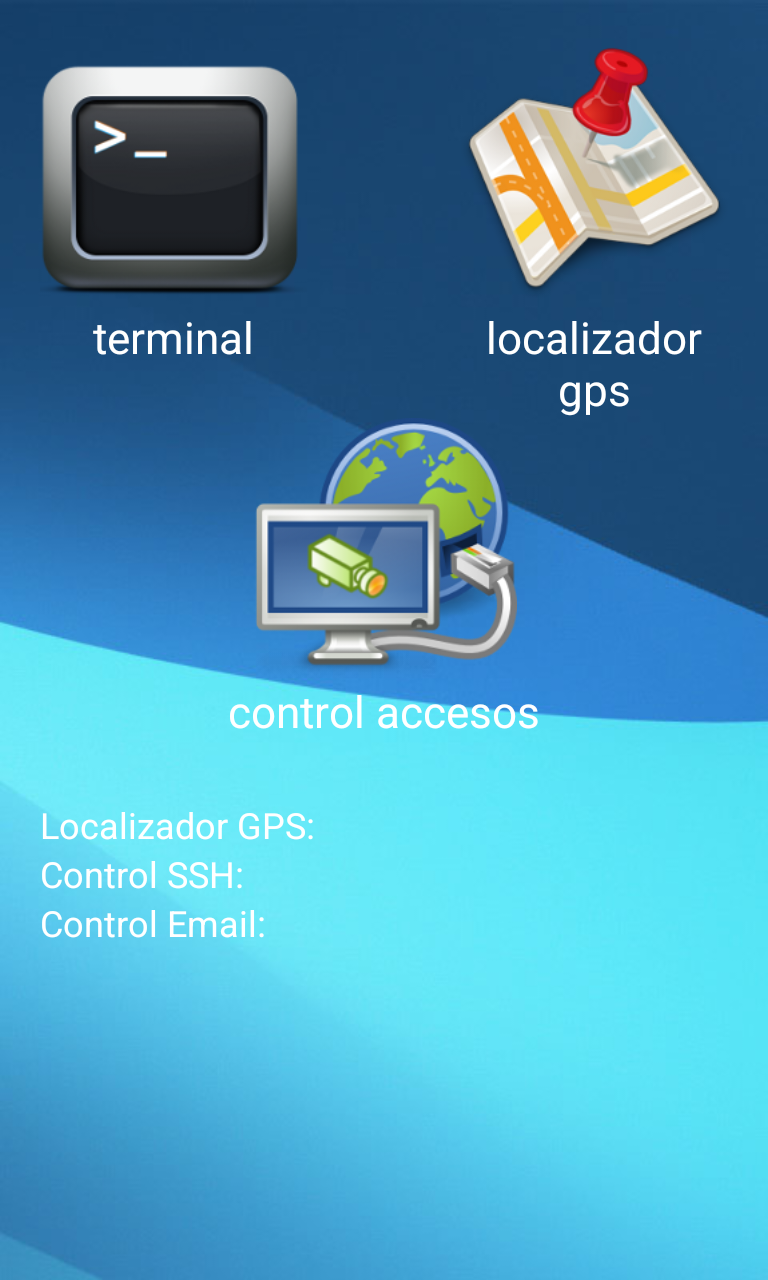
Repository: jonatansantos/Android-Server-Status
Layout: desarrollo/Principal/res/layout/main.xml
These files come from the project's save history. The layout is drawn as it stood at one moment and after the next save; the edit follows.
It is drawn on a 768 x 1280 px phone screen (xhdpi) without system bars, with theme android:Theme; the app's code is not run.

Above is the layout before, as saved 2012-06-01 12:10:16.

### desarrollo/Principal/res/layout/main.xml
<?xml version="1.0" encoding="utf-8"?>
<RelativeLayout xmlns:android="http://schemas.android.com/apk/res/android"
    android:id="@+id/RelativeLayout1"
    android:layout_width="fill_parent"
    android:layout_height="fill_parent"
    android:background="@drawable/fondo"
    android:padding="20dp" >

    <Button
        android:id="@+id/bt_menu_terminal"
        android:layout_width="wrap_content"
        android:layout_height="wrap_content"
        android:background="@drawable/ic_terminal"
        android:text="@string/vacia" />

    <TextView
        android:id="@+id/tv_menu_terminal"
        android:layout_width="wrap_content"
        android:layout_height="wrap_content"
        android:layout_alignLeft="@+id/bt_menu_terminal"
        android:layout_alignRight="@+id/bt_menu_terminal"
        android:layout_below="@+id/bt_menu_terminal"
        android:gravity="center"
        android:text="@string/terminal"
        android:textAppearance="?android:attr/textAppearanceLarge" />

    <Button
        android:id="@+id/bt_menu_gps"
        android:layout_width="wrap_content"
        android:layout_height="wrap_content"
        android:layout_alignBaseline="@+id/bt_menu_terminal"
        android:layout_alignBottom="@+id/bt_menu_terminal"
        android:layout_alignParentRight="true"
        android:background="@drawable/ic_gps"
        android:text="@string/vacia" />

    <TextView
        android:id="@+id/tv_menu_gps"
        android:layout_width="wrap_content"
        android:layout_height="wrap_content"
        android:layout_alignLeft="@+id/bt_menu_gps"
        android:layout_alignRight="@+id/bt_menu_gps"
        android:layout_below="@+id/bt_menu_gps"
        android:gravity="center"
        android:text="@string/localizadorgps"
        android:textAppearance="?android:attr/textAppearanceLarge" />

    <Button
        android:id="@+id/bt_menu_servidor"
        android:layout_width="wrap_content"
        android:layout_height="wrap_content"
        android:layout_below="@+id/tv_menu_gps"
        android:layout_centerHorizontal="true"
        android:background="@drawable/ic_servidor"
        android:text="@string/vacia" />

    <TextView
        android:id="@+id/tv_menu_servidor"
        android:layout_width="wrap_content"
        android:layout_height="wrap_content"
        android:layout_below="@+id/bt_menu_servidor"
        android:layout_centerHorizontal="true"
        android:text="@string/control"
        android:textAppearance="?android:attr/textAppearanceLarge" />

    <TextView
        android:id="@+id/textView1"
        android:layout_width="wrap_content"
        android:layout_height="wrap_content"
        android:layout_alignParentLeft="true"
        android:layout_below="@+id/tv_menu_servidor"
        android:layout_marginTop="30dp"
        android:text="Localizador GPS:"
        android:textAppearance="?android:attr/textAppearanceMedium" />

    <TextView
        android:id="@+id/textView2"
        android:layout_width="wrap_content"
        android:layout_height="wrap_content"
        android:layout_below="@+id/textView1"
        android:text="Control SSH:"
        android:textAppearance="?android:attr/textAppearanceMedium" />

    <TextView
        android:id="@+id/textView3"
        android:layout_width="wrap_content"
        android:layout_height="wrap_content"
        android:layout_alignLeft="@+id/textView1"
        android:layout_below="@+id/textView2"
        android:text="Control Email:"
        android:textAppearance="?android:attr/textAppearanceMedium" />

</RelativeLayout>

### desarrollo/Principal/res/values/strings.xml
<?xml version="1.0" encoding="utf-8"?>
<resources>

    <string name="hello">Hello World, PrototipoGUIActivity!</string>
    <string name="app_name">PrototipoGUI</string>
    <string name="vacia"></string>
    <string name="terminal">terminal</string>
    <string name="gps">gps</string>
    <string name="localizadorgps">localizador gps</string>
    <string name="control">control accesos</string>

</resources>

After the next save:
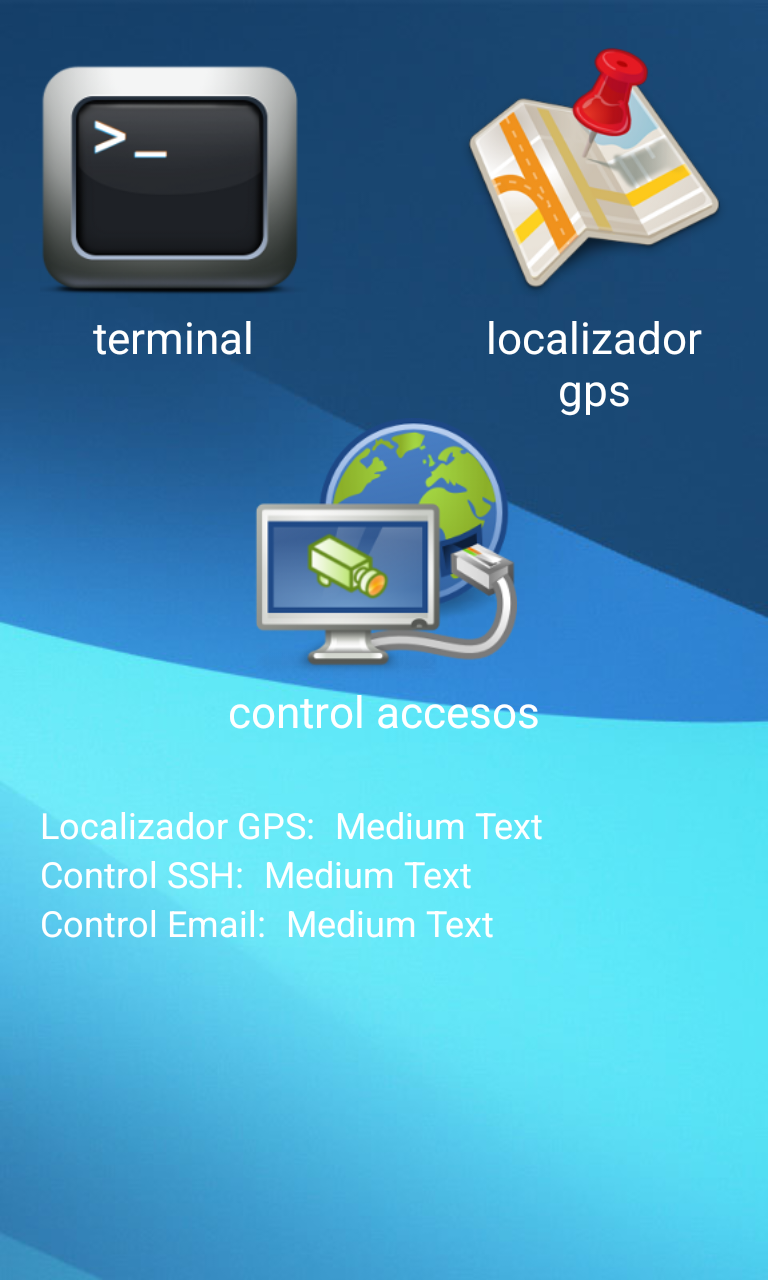
Saved 7 min 53 s later.
--- a/desarrollo/Principal/res/layout/main.xml
+++ b/desarrollo/Principal/res/layout/main.xml
@@ -90,4 +90,41 @@
         android:text="Control Email:"
         android:textAppearance="?android:attr/textAppearanceMedium" />
 
+
+
+    <TextView
+        android:id="@+id/tv_estado_gps"
+        android:layout_width="wrap_content"
+        android:layout_height="wrap_content"
+        android:layout_alignBottom="@+id/textView1"
+        android:layout_marginLeft="10dp"
+        android:layout_toRightOf="@+id/textView1"
+        android:text="Medium Text"
+        android:textAppearance="?android:attr/textAppearanceMedium" />
+
+
+
+    <TextView
+        android:id="@+id/tv_estado_ssh"
+        android:layout_width="wrap_content"
+        android:layout_height="wrap_content"
+        android:layout_above="@+id/textView3"
+        android:layout_marginLeft="10dp"
+        android:layout_toRightOf="@+id/textView2"
+        android:text="Medium Text"
+        android:textAppearance="?android:attr/textAppearanceMedium" />
+
+
+
+    <TextView
+        android:id="@+id/tv_estado_email"
+        android:layout_width="wrap_content"
+        android:layout_height="wrap_content"
+        android:layout_alignBaseline="@+id/textView3"
+        android:layout_alignBottom="@+id/textView3"
+        android:layout_marginLeft="10dp"
+        android:layout_toRightOf="@+id/textView3"
+        android:text="Medium Text"
+        android:textAppearance="?android:attr/textAppearanceMedium" />
+
 </RelativeLayout>
